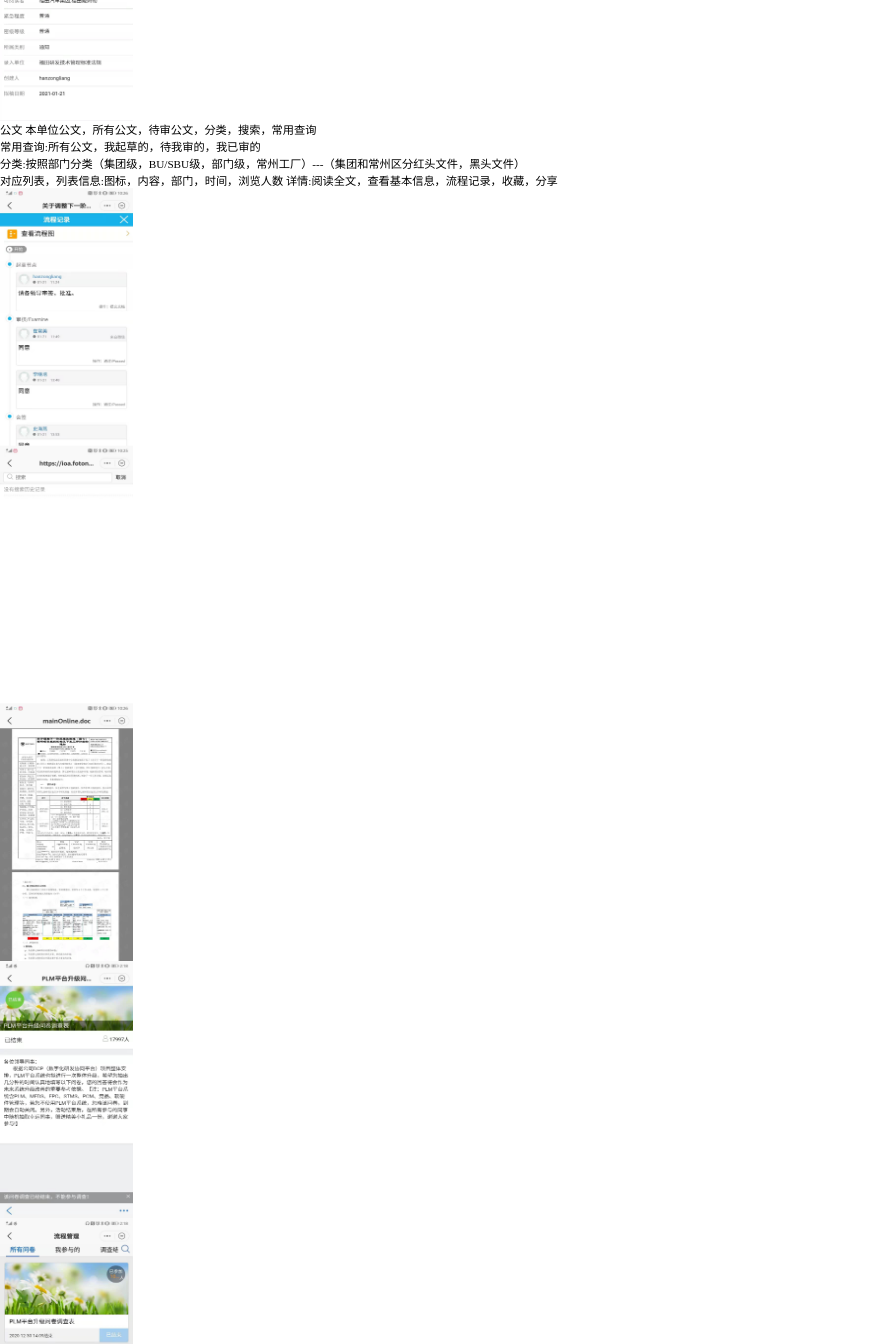
Repository: ch230/2021
Page: A.html
The author's editor kept a copy of each file at every save. The page is drawn from the files as they stood at one save, then again after a run of saves.
The browser window is 1280 px wide. The pictures show the part of the page from y = 2107 to 4027 px (the page is 11820 px tall before and 11844 px after), at 70% of full size.

Above is the page before, as saved 2021-02-15 14:42:40.

After the next 2 saves:
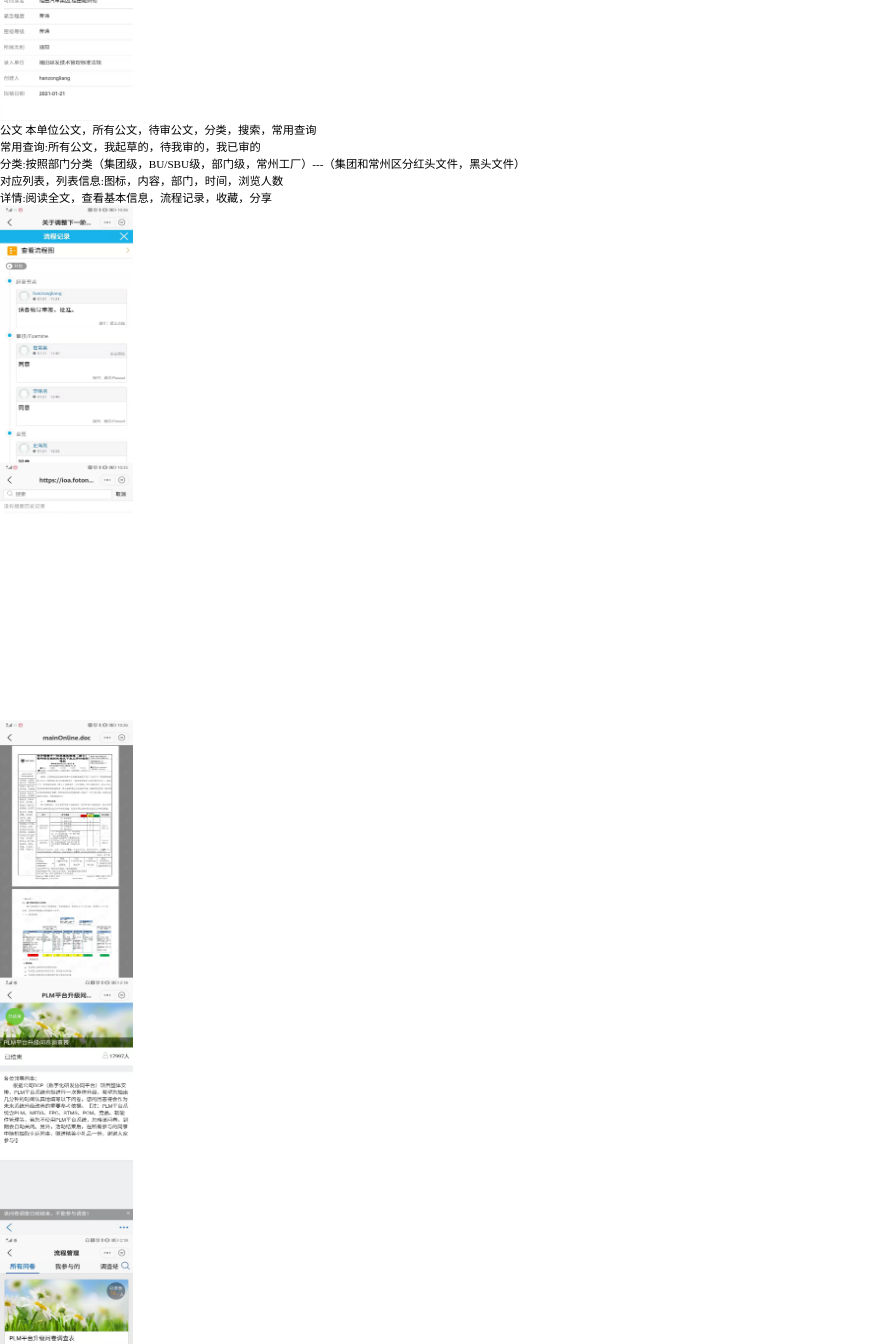
The 2 saves are shown as one change because they came seconds apart.
The last was saved 7 s later.
--- a/A.html
+++ b/A.html
@@ -76,8 +76,8 @@
           <p>
             分类:按照部门分类（集团级，BU/SBU级，部门级，常州工厂）---（集团和常州区分红头文件，黑头文件）
           </p>
-          对应列表，列表信息:图标，内容，部门，时间，浏览人数
-          详情:阅读全文，查看基本信息，流程记录，收藏，分享
+          <p>对应列表，列表信息:图标，内容，部门，时间，浏览人数</p>
+          <p>详情:阅读全文，查看基本信息，流程记录，收藏，分享</p>
         </div>
         <ul>
           <li>
